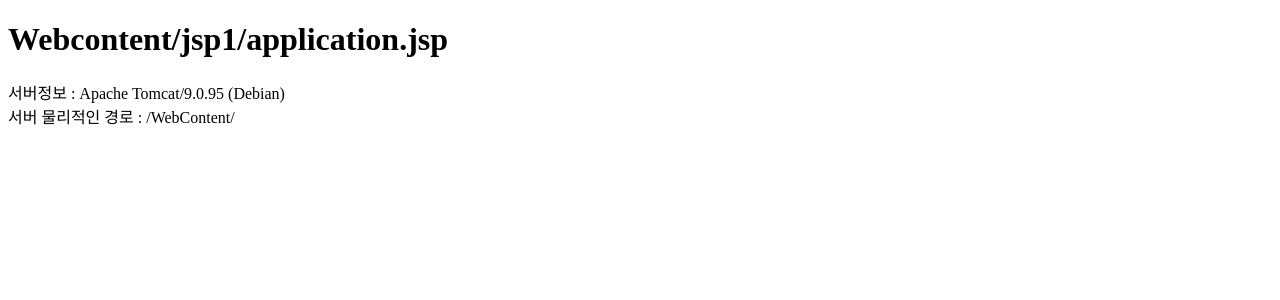
Repository: ReadStar/workspace_jsp
Page: http://localhost/StudyJSP/jsp1/application.jsp
These files come from the project's save history. The page is drawn as it stood at one moment and after the next save; the edit follows.
The browser window is 1280 px wide. The pictures show the whole page.
The page is served by Tomcat 9.

Above is the page before, as saved 2020-08-10 02:48:43.

After the next save:
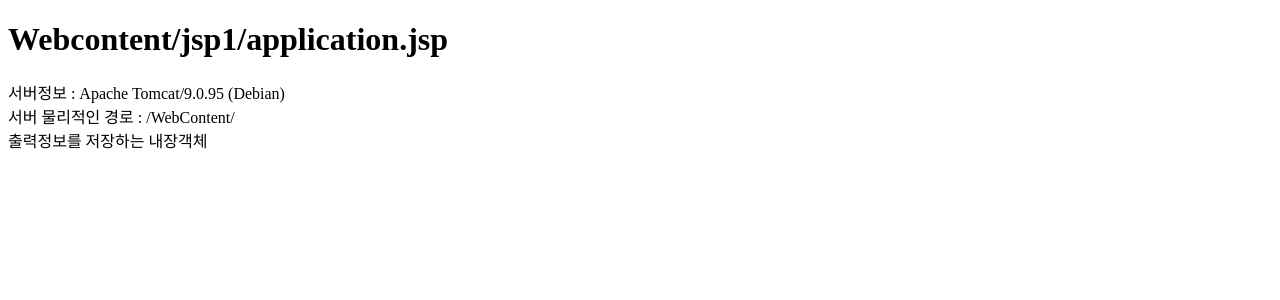
Saved 30 s later.
--- a/StudyJSP/WebContent/jsp1/application.jsp
+++ b/StudyJSP/WebContent/jsp1/application.jsp
@@ -21,6 +21,7 @@
 //										: 페이지가 바뀌면 사라지고 바뀐 페이지 정보를 새로이 저장
 
 //out 내장객체 : 출력정보를 저장하는 내장객체
+out.println("출력정보를 저장하는 내장객체");
 %>
 </body>
 </html>
